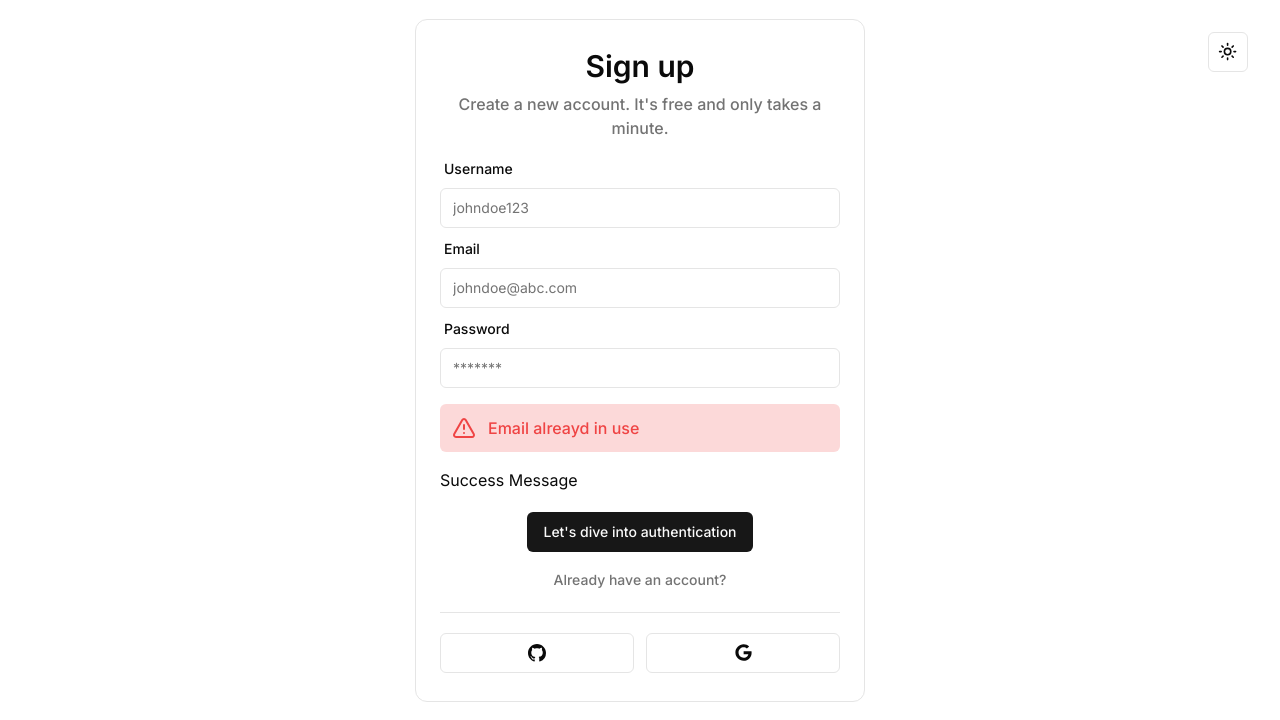
Repository: nickgoel31/authentication-toolkit
Page: /sign-up
These files come from the project's save history. The page is drawn as it stood at one moment and after the next save; the edit follows.
The browser window is 1280 px wide. The pictures show the whole page.
The project was rebuilt for these pictures with package versions that can differ from the ones it lists, and the page was loaded fresh each time. The framework's server and built-in components were replaced by stand-ins that run in the browser. Also part of the build but not shown: next.config.mjs.

Above is the page before, as saved 2024-02-04 18:08:17.

After the next save:
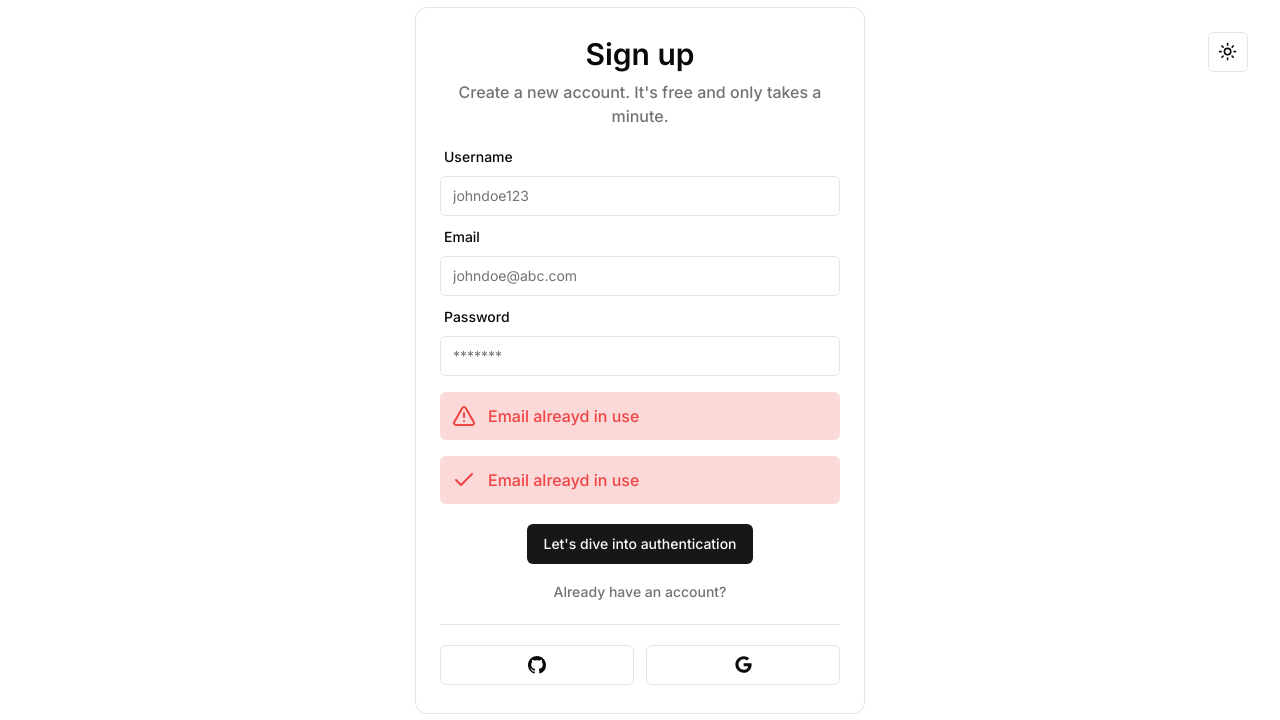
Saved 16 s later.
--- a/components/auth/success-message.tsx
+++ b/components/auth/success-message.tsx
@@ -1,8 +1,12 @@
+import { Check } from 'lucide-react'
 import React from 'react'
 
 const SuccessMessage = () => {
   return (
-    <div>Success Message</div>
+    <div className='w-full p-3 flex items-center bg-destructive/20 text-destructive mt-4 gap-3 font-medium mb-4 rounded-md'>
+        <Check />
+        Email alreayd in use
+    </div>
   )
 }
 
